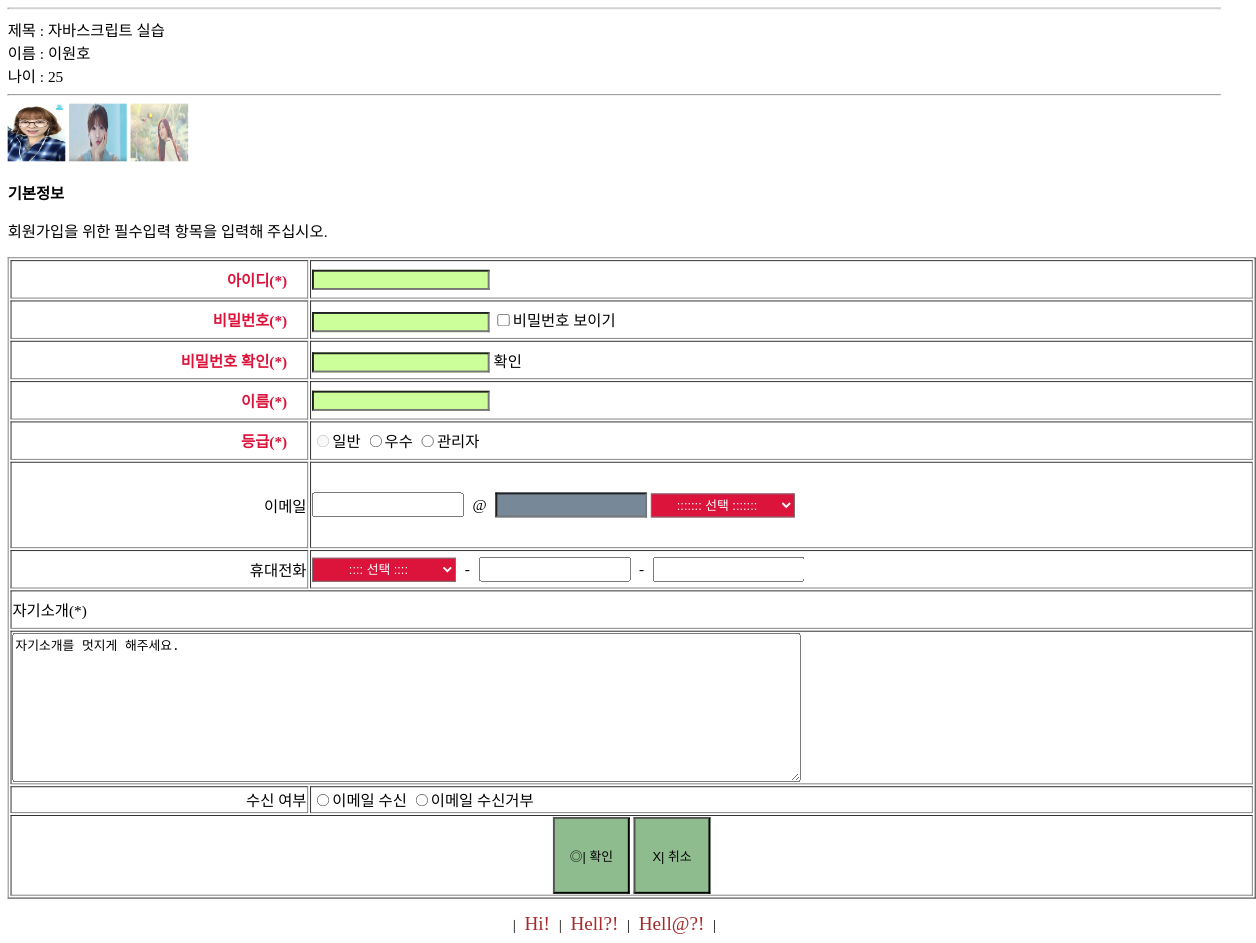
Repository: Leewonhoo/kostaweb
Page: Jsp_sample/WebContent/join.html
The author's editor kept a copy of each file at every save. The page is drawn from the files as they stood at one save, then again after the next save.
The browser window is 1280 px wide. The page is 1308 px wide, so the pictures cover 1308 px, including what lies to the right of the window. The pictures show the whole page, at 96% of full size.

Above is the page before, as saved 2017-09-13 02:43:17.

After the next save:
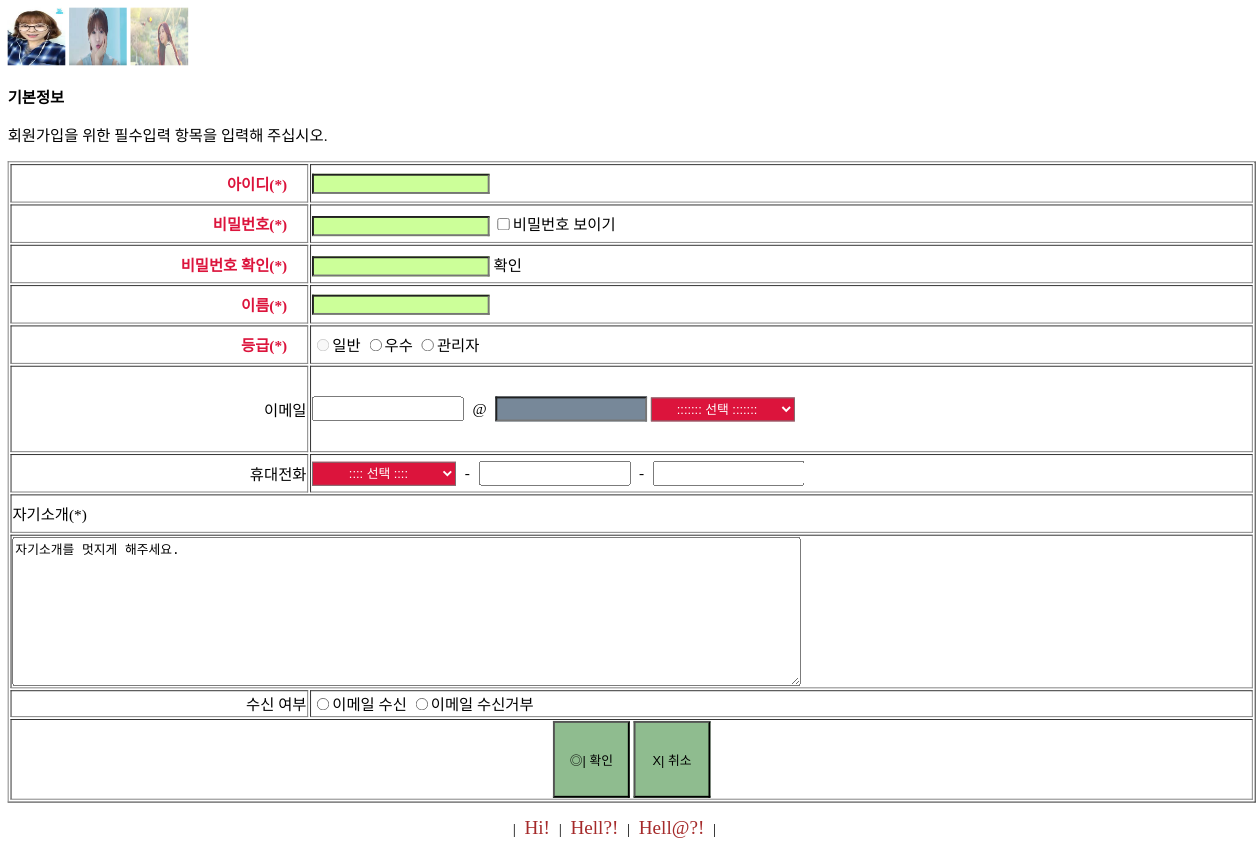
Console error: SyntaxError: Unexpected token 'this'
Saved 2 min 31 s later.
--- a/Jsp_sample/WebContent/join.html
+++ b/Jsp_sample/WebContent/join.html
@@ -59,14 +59,28 @@
 	function Pwcheck(check){
 		var memberPwElement = document.getElementById("memberPw");
 		var memberPwConfirmElement = document.getElementById("memberPwConfirm");
+
+		var length1 = check.trim().length;
+		if(memberPwElement.value != check){
+			var message="다시입력";
+			//Pwlength1.innerText = message;
+			alert(message);
+			//memberPwConfirmElement.focus();
+			setTimeout(function(){memberPwConfirmElement.focus();}, 1);
+		} else{
+			var message="일치";
+			//Pwlength1.innerText = message;
+		}
+	}
+
+	function Pwlengthch(this.value){
 		var Pwlength1 = document.getElementById("PwLength");
-		var length1 = check.trim().length;
 		if(memberPwElement.value != check){
 			var message="다시입력";
 			Pwlength1.innerText = message;
 			//alert(message);
 			//memberPwConfirmElement.focus();
-			setTimeout(function(){memberPwConfirmElement.focus();}, 1);
+			//setTimeout(function(){memberPwConfirmElement.focus();}, 1);
 		} else{
 			var message="일치";
 			Pwlength1.innerText = message;
@@ -154,7 +168,8 @@
 			<tr height="40px">
 				<td width="250px" align="right"><span class="remark">비밀번호 확인(*)</span></td>
 				<td width="800px">
-					<input class="import" id="memberPwConfirm" name="memberPwConfirm" type="password" size="20" onblur="Pwcheck(this.value)">
+					<input class="import" id="memberPwConfirm" name="memberPwConfirm" type="password"
+					   size="20" onblur="Pwcheck(this.value)" onkeyup="Pwlengthch(this.value)">
 					<span id="PwLength" name="PwLength">확인</span>
 				</td>
 			</tr>

After the save that followed:
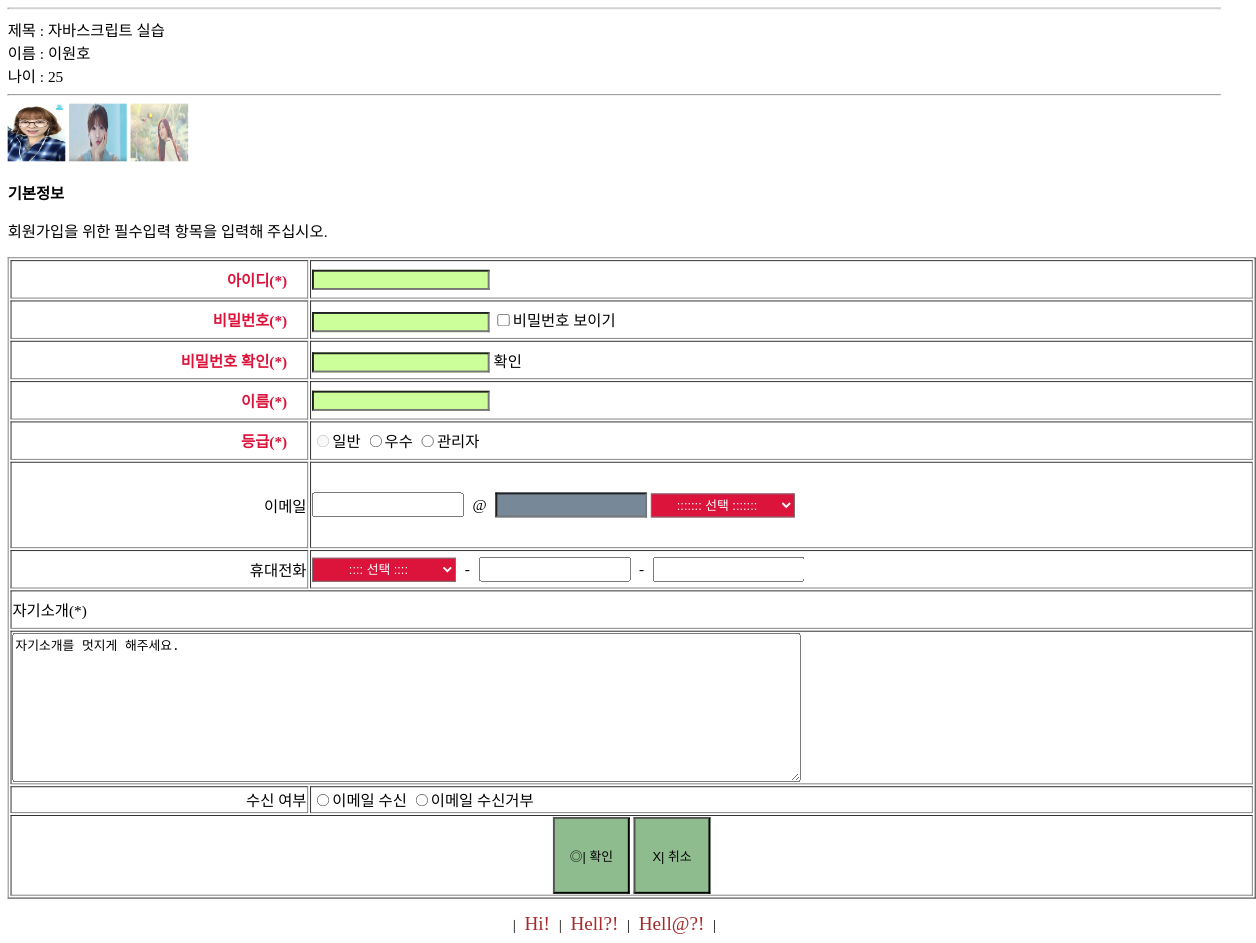
The error is gone.
Saved 64 s later.
--- a/Jsp_sample/WebContent/join.html
+++ b/Jsp_sample/WebContent/join.html
@@ -59,7 +59,6 @@
 	function Pwcheck(check){
 		var memberPwElement = document.getElementById("memberPw");
 		var memberPwConfirmElement = document.getElementById("memberPwConfirm");
-
 		var length1 = check.trim().length;
 		if(memberPwElement.value != check){
 			var message="다시입력";
@@ -73,7 +72,9 @@
 		}
 	}
 
-	function Pwlengthch(this.value){
+	function Pwlengthch(check){
+		var memberPwElement = document.getElementById("memberPw");
+		var memberPwConfirmElement = document.getElementById("memberPwConfirm");
 		var Pwlength1 = document.getElementById("PwLength");
 		if(memberPwElement.value != check){
 			var message="다시입력";
